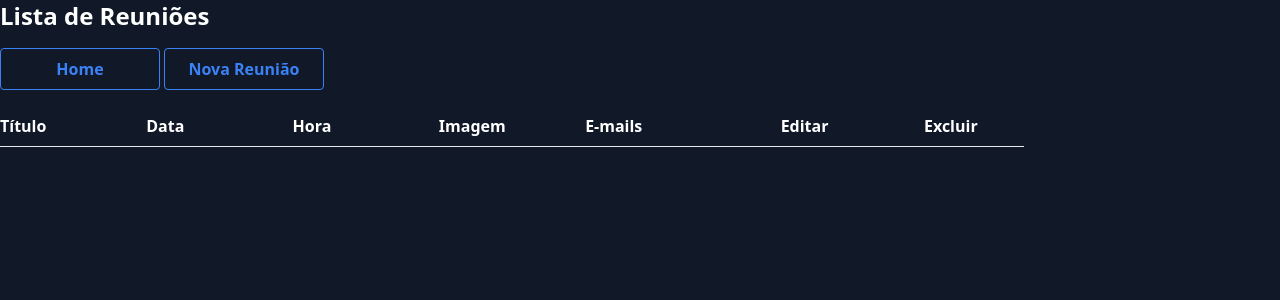
Repository: TamiBeira/meeting
Page: /meetings
These files come from the project's save history. The page is drawn as it stood at one moment and after the next save; the edit follows.
The browser window is 1280 px wide. The pictures show the whole page.
The project was rebuilt for these pictures with package versions that can differ from the ones it lists, and the page was loaded fresh each time. Also part of the build but not shown: vite.config.ts, src/contexts/FormContext.tsx, src/components/Form.tsx, src/components/HomePage.tsx.

Above is the page before, as saved 2024-02-27 07:42:54.

After the next save:
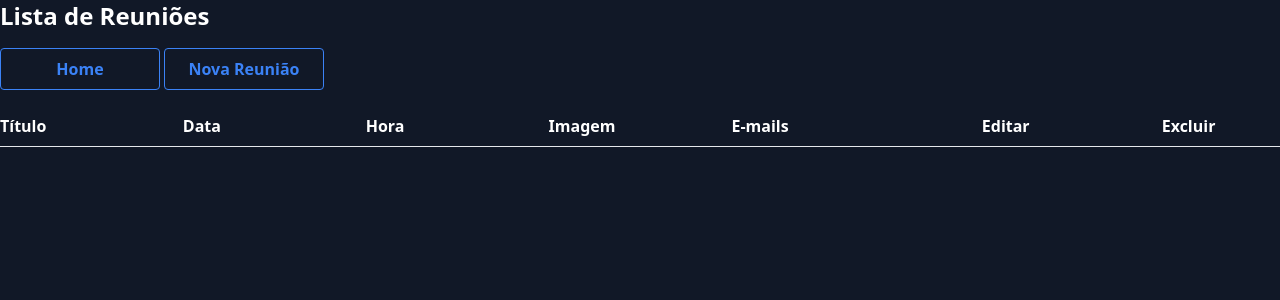
Saved 43 s later.
--- a/src/components/MeetingsView.tsx
+++ b/src/components/MeetingsView.tsx
@@ -35,7 +35,7 @@ export const MeetingsView: React.FC = () => {
         <Link to="/form" className="w-40 inline-block text-center border border-solid border-blue-500 text-blue-500 font-bold mr-2 px-4 py-2 rounded">Nova Reunião</Link>
       </div>
       <ul>
-        <li className="border-b border-gray-200 py-2 flex sm:flex-row font-semibold max-w-5xl">
+        <li className="border-b border-gray-200 py-2 flex sm:flex-row font-semibold">
           <div className="w-1/5 text-white">Título</div>
           <div className="w-1/5 text-white">Data</div>
           <div className="w-1/5 text-white">Hora</div>
@@ -45,7 +45,7 @@ export const MeetingsView: React.FC = () => {
           <div className="w-1/5 text-white text-center">Excluir</div>
         </li>
         {meetings.map((meeting, index) => (
-          <li key={index} className={`border-b border-gray-200 py-4 flex flex-col sm:flex-row justify-center items-center max-w-5xl`}>
+          <li key={index} className={`border-b border-gray-200 py-4 flex flex-col sm:flex-row justify-center items-center`}>
             {editableIndex === index ? (
               <>
                 <input
